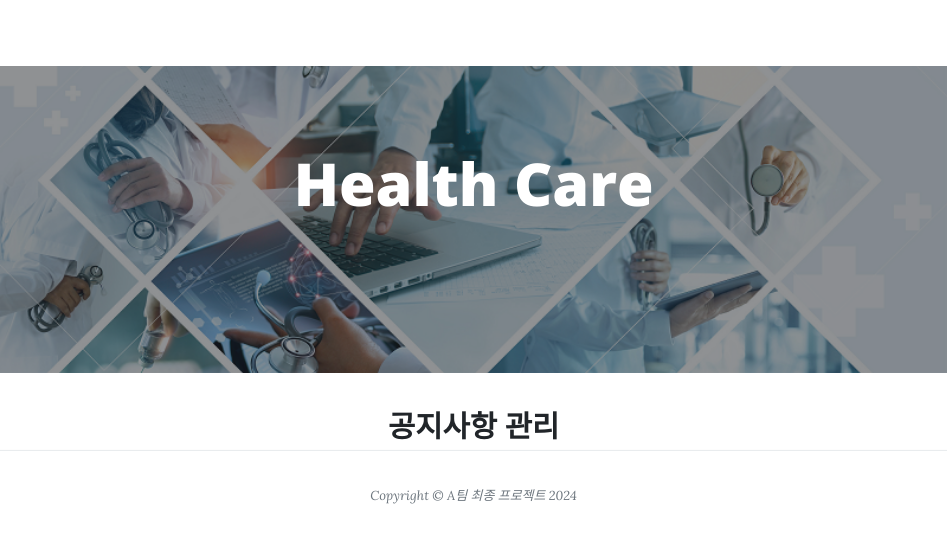
Repository: honsb91/project
Page: http://localhost/hospital/admin/notice.jsp
These files come from the project's save history. The page is drawn as it stood at one moment and after the next save; the edit follows.
The browser window is 1280 px wide. The pictures show the whole page, at 74% of full size.
Some web libraries are served in a nearby version. The page is served by Tomcat 9. Nobody is signed in. The application's start-up code is not run. Other server files are loaded and not shown. The template is opened directly, without the code that normally fills it, so the values that code supplies are empty.

Above is the page before, as saved 2024-02-02 03:36:45.

### hospital/src/main/webapp/admin/notice.jsp
<%@ page language="java" contentType="text/html; charset=UTF-8"
    pageEncoding="UTF-8"%>
<!DOCTYPE html>
<html>
<head>
<meta charset="UTF-8">
<title>Insert title here</title>
</head>
<%@ include file="/include/header.jsp"%>
<body>
<h1 class="text-center">공지사항 관리</h1>
</body>
<%@ include file="/include/footer.jsp"%>
</html>

### hospital/src/main/webapp/include/header.jsp
<%@ page language="java" contentType="text/html; charset=UTF-8"
	pageEncoding="UTF-8"%>
<%@ taglib prefix="c" uri="http://java.sun.com/jsp/jstl/core"%>
<meta charset="UTF-8">
<title>Insert title here</title>
<head>
<meta charset="utf-8" />
<meta name="viewport" content="width=device-width, initial-scale=1, shrink-to-fit=no" />
<meta name="description" content="" />
<meta name="author" content="" />
<link rel="icon" type="image/x-icon" href="/resources/assets/favicon.ico" />
<!-- Font Awesome icons (free version)-->
<script src="https://use.fontawesome.com/releases/v6.3.0/js/all.js" crossorigin="anonymous"></script>
<!-- Google fonts-->
<link href="https://fonts.googleapis.com/css?family=Lora:400,700,400italic,700italic" rel="stylesheet" type="text/css" />
<link href="https://fonts.googleapis.com/css?family=Open+Sans:300italic,400italic,600italic,700italic,800italic,400,300,600,700,800"
	rel="stylesheet" type="text/css" />
<!-- Core theme CSS (includes Bootstrap)-->
<link href="/resources/css/styles.css" rel="stylesheet" />
</head>
<body>
	<!-- Navigation-->
	<nav class="navbar navbar-expand-lg navbar-light" id="mainNav">
		<div class="container px-4 px-lg-5">
			<a class="navbar-brand" href="/main">Health Care</a>
			<button class="navbar-toggler" type="button"
				data-bs-toggle="collapse" data-bs-target="#navbarResponsive"
				aria-controls="navbarResponsive" aria-expanded="false"
				aria-label="Toggle navigation">
				Menu <i class="fas fa-bars"></i>
			</button>
			<div class="collapse navbar-collapse" id="navbarResponsive">
				<ul class="navbar-nav ms-auto py-4 py-lg-0 ">
    				<li class="nav-item"><a class="nav-link px-lg-3 py-3 py-lg-4" href="/main">Home</a></li>
    				<!-- 관리자로 로그인시 faq 와 공지사항은 안보이게 처리-->
    				<c:if test="${empty admin}">
    					<li class="nav-item"><a class="nav-link px-lg-3 py-3 py-lg-4" href="/faq">FAQ</a></li>
    					<li class="nav-item"><a class="nav-link px-lg-3 py-3 py-lg-4" href="/notice">공지사항</a></li>
    				</c:if>

    				<c:if test="${empty patient and empty admin}">
        			<!-- 로그인 안 된 경우 -->
        				<li class="nav-item"><a class="nav-link px-lg-3 py-3 py-lg-4" href="/member/login.jsp">로그인</a></li>
        				<li class="nav-item"><a class="nav-link px-lg-3 py-3 py-lg-4" href="/admin/login.jsp">관리자 로그인</a></li>
        				<li class="nav-item"><a class="nav-link px-lg-3 py-3 py-lg-4" href="/member/join.jsp">회원가입</a></li>
    				</c:if>

    				<c:if test="${not empty patient}">
        			<!-- 일반 회원으로 로그인된 경우 -->
        				<li class="nav-item"><a class="nav-link px-lg-3 py-3 py-lg-4" href="/member/logout">로그아웃</a></li>
    				</c:if>

    				<c:if test="${not empty admin}">
        			<!-- 관리자로 로그인된 경우 -->
        				<li class="nav-item"><a class="nav-link px-lg-3 py-3 py-lg-4" href="/admin/patient.jsp">환자정보 관리</a></li>
        				<li class="nav-item"><a class="nav-link px-lg-3 py-3 py-lg-4" href="/admin/faq.jsp">FAQ 관리</a></li>
        				<li class="nav-item"><a class="nav-link px-lg-3 py-3 py-lg-4" href="/admin/notice.jsp">공지사항 관리</a></li>
        				<li class="nav-item"><a class="nav-link px-lg-3 py-3 py-lg-4" href="/admin/logout">로그아웃</a></li>
    				</c:if>
				</ul>
			</div>
		</div>
	</nav>
	<!-- Page Header-->
	<header class="masthead" style="background-image: url('/resources/assets/img/test4.png')">
		<div class="container position-relative px-4 px-lg-5">
			<div class="row gx-4 gx-lg-5 justify-content-center">
				<div class="col-md-10 col-lg-8 col-xl-7">
					<div class="site-heading">
						<h1>Health Care</h1>
					</div>
				</div>
			</div>
		</div>
	</header>

### hospital/src/main/webapp/include/footer.jsp
<%@ page language="java" contentType="text/html; charset=UTF-8"
    pageEncoding="UTF-8"%>
<!DOCTYPE html>
<html>
<head>
<meta charset="UTF-8">
<title>Insert title here</title>
</head>
<body>
<footer class="border-top">
		<div class="container px-4 px-lg-5">
			<div class="row gx-4 gx-lg-5 justify-content-center">
				<div class="col-md-10 col-lg-8 col-xl-7">
					<div class="small text-center text-muted fst-italic">Copyright
						&copy; A팀 최종 프로젝트 2024</div>
				</div>
			</div>
		</div>
	</footer>
	<!-- Bootstrap core JS-->
	<script
		src="https://cdn.jsdelivr.net/npm/bootstrap@5.2.3/dist/js/bootstrap.bundle.min.js"></script>
	<!-- Core theme JS-->
	<script src="js/scripts.js"></script>
</body>
</html>

### hospital/src/main/webapp/resources/js/scripts.js
/*!
* Start Bootstrap - Clean Blog v6.0.9 (https://startbootstrap.com/theme/clean-blog)
* Copyright 2013-2023 Start Bootstrap
* Licensed under MIT (https://github.com/StartBootstrap/startbootstrap-clean-blog/blob/master/LICENSE)
*/
window.addEventListener('DOMContentLoaded', () => {
    let scrollPos = 0;
    const mainNav = document.getElementById('mainNav');
    const headerHeight = mainNav.clientHeight;
    window.addEventListener('scroll', function() {
        const currentTop = document.body.getBoundingClientRect().top * -1;
        if ( currentTop < scrollPos) {
            // Scrolling Up
            if (currentTop > 0 && mainNav.classList.contains('is-fixed')) {
                mainNav.classList.add('is-visible');
            } else {
                console.log(123);
                mainNav.classList.remove('is-visible', 'is-fixed');
            }
        } else {
            // Scrolling Down
            mainNav.classList.remove(['is-visible']);
            if (currentTop > headerHeight && !mainNav.classList.contains('is-fixed')) {
                mainNav.classList.add('is-fixed');
            }
        }
        scrollPos = currentTop;
    });
})

Loaded but not shown: hospital/src/main/webapp/resources/css/styles.css (library)

After the next save:
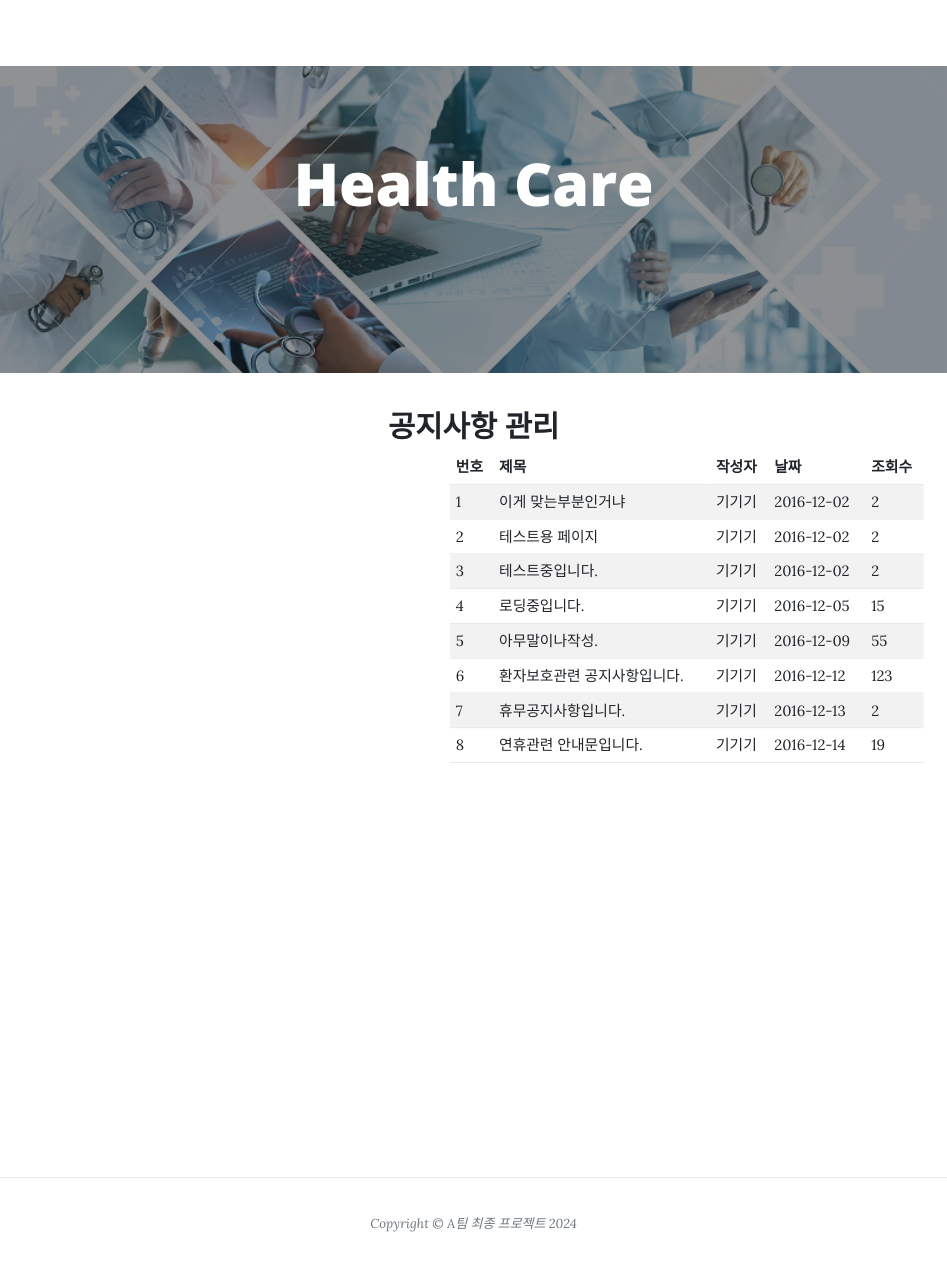
Saved 2 min 32 s later.
--- a/hospital/src/main/webapp/admin/notice.jsp
+++ b/hospital/src/main/webapp/admin/notice.jsp
@@ -9,6 +9,75 @@
 <%@ include file="/include/header.jsp"%>
 <body>
 <h1 class="text-center">공지사항 관리</h1>
+<table class="table table-striped">
+		<thead>
+			<tr>
+				<th>번호</th>
+				<th>제목</th>
+				<th>작성자</th>
+				<th>날짜</th>
+				<th>조회수</th>
+			</tr>
+		</thead>
+		<tbody>
+			<tr>
+				<td>1</td>
+				<td>이게 맞는부분인거냐</td>
+				<td>기기기</td>
+				<td>2016-12-02</td>
+				<td>2</td>
+			</tr>
+			<tr>
+				<td>2</td>
+				<td>테스트용 페이지</td>
+				<td>기기기</td>
+				<td>2016-12-02</td>
+				<td>2</td>
+			</tr>
+			<tr>
+				<td>3</td>
+				<td>테스트중입니다.</td>
+				<td>기기기</td>
+				<td>2016-12-02</td>
+				<td>2</td>
+			</tr>
+			<tr>
+				<td>4</td>
+				<td>로딩중입니다.</td>
+				<td>기기기</td>
+				<td>2016-12-05</td>
+				<td>15</td>
+			</tr>
+			<tr>
+				<td>5</td>
+				<td>아무말이나작성.</td>
+				<td>기기기</td>
+				<td>2016-12-09</td>
+				<td>55</td>
+			</tr>
+			<tr>
+				<td>6</td>
+				<td>환자보호관련 공지사항입니다.</td>
+				<td>기기기</td>
+				<td>2016-12-12</td>
+				<td>123</td>
+			</tr>
+			<tr>
+				<td>7</td>
+				<td>휴무공지사항입니다.</td>
+				<td>기기기</td>
+				<td>2016-12-13</td>
+				<td>2</td>
+			</tr>
+			<tr>
+				<td>8</td>
+				<td>연휴관련 안내문입니다.</td>
+				<td>기기기</td>
+				<td>2016-12-14</td>
+				<td>19</td>
+			</tr>
+		</tbody>
+	</table>
 </body>
 <%@ include file="/include/footer.jsp"%>
 </html>
